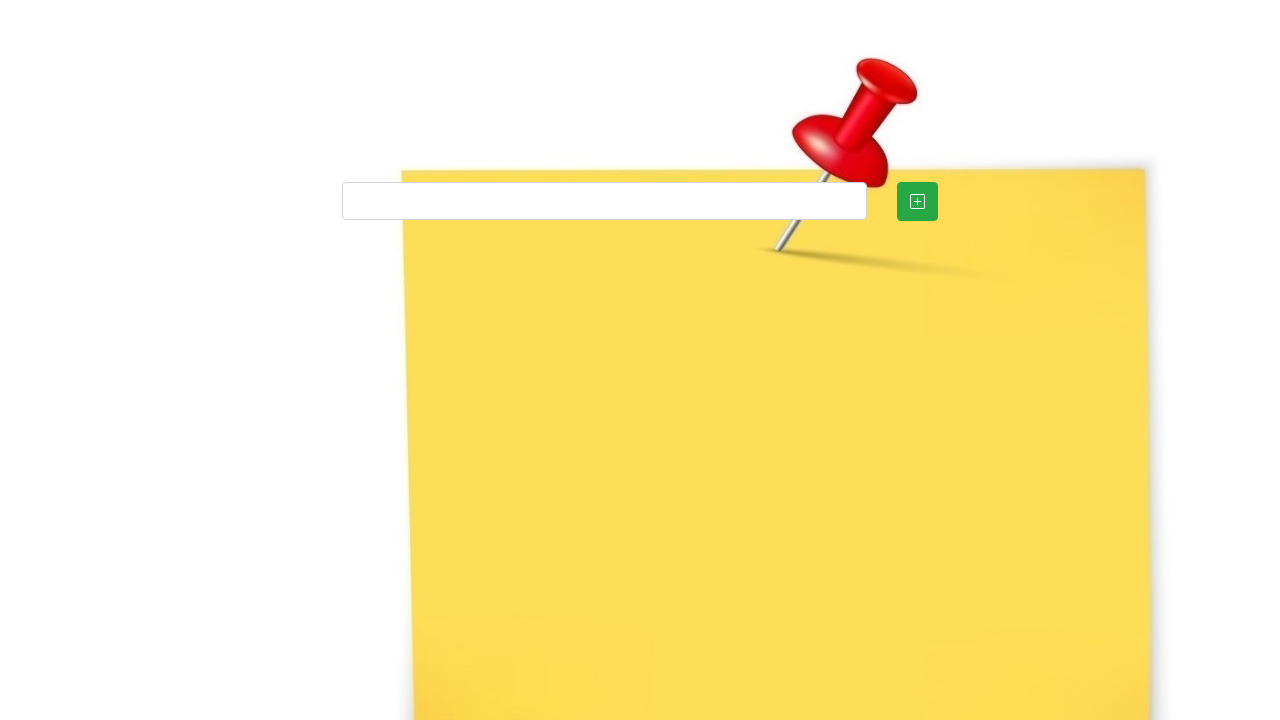
Repository: walaaElbasha/Todo-list-laravel
Page: http://localhost/tasks
An editor plug-in stored every save of this project. The page is shown before and after the next save, followed by the edit.
The browser window is 1280 px wide. The pictures show the whole page.
The page is served by the project's Laravel application, run on PHP 8.4 with Laravel 8. Style sheets and scripts are compiled from the project's sources, by tool versions that may differ from the author's. Queries for data that is not in the repository find no rows.

Above is the page before, as saved 2021-07-01 15:49:13.

After the next save:
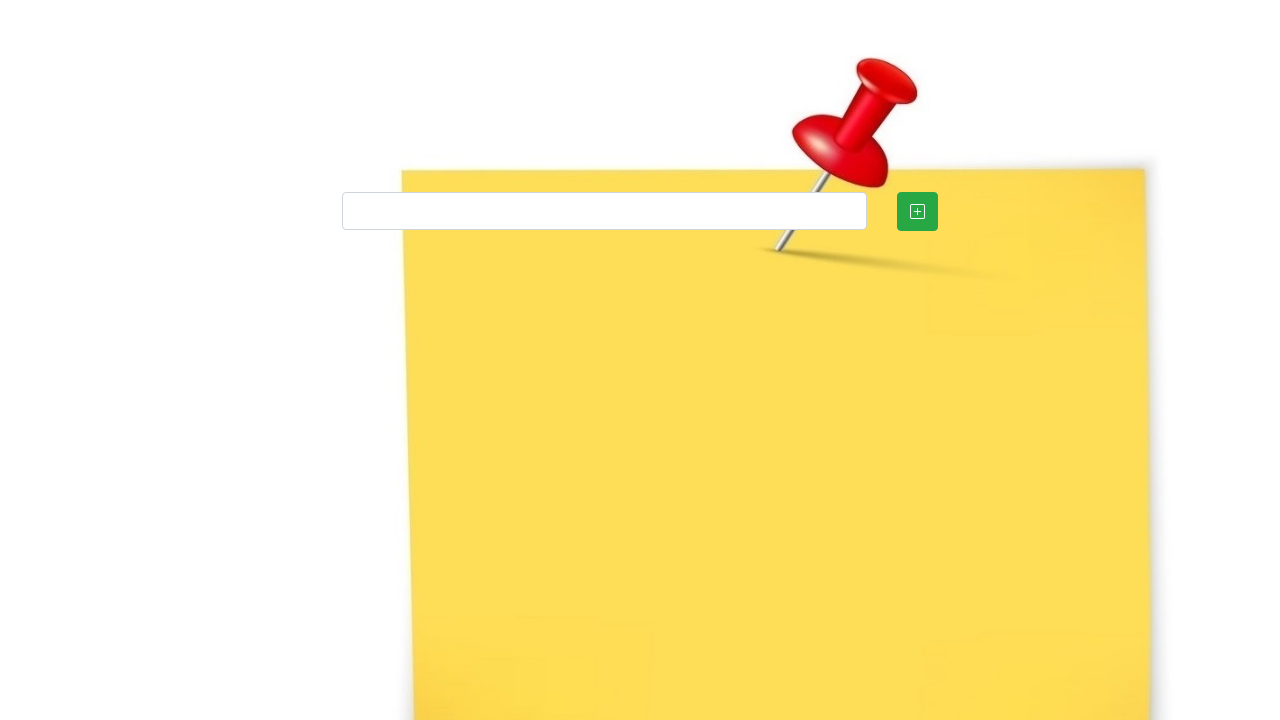
Saved 16 s later.
--- a/resources/views/tasks/index.blade.php
+++ b/resources/views/tasks/index.blade.php
@@ -19,7 +19,7 @@
 
         <!-- Display Validation Errors -->
 
-        <div style="margin-top:150px; margin-left:200px">
+        <div style="margin-top:160px; margin-left:200px">
             <table>
                 <ul>
                     @foreach($allTasks as $task)
